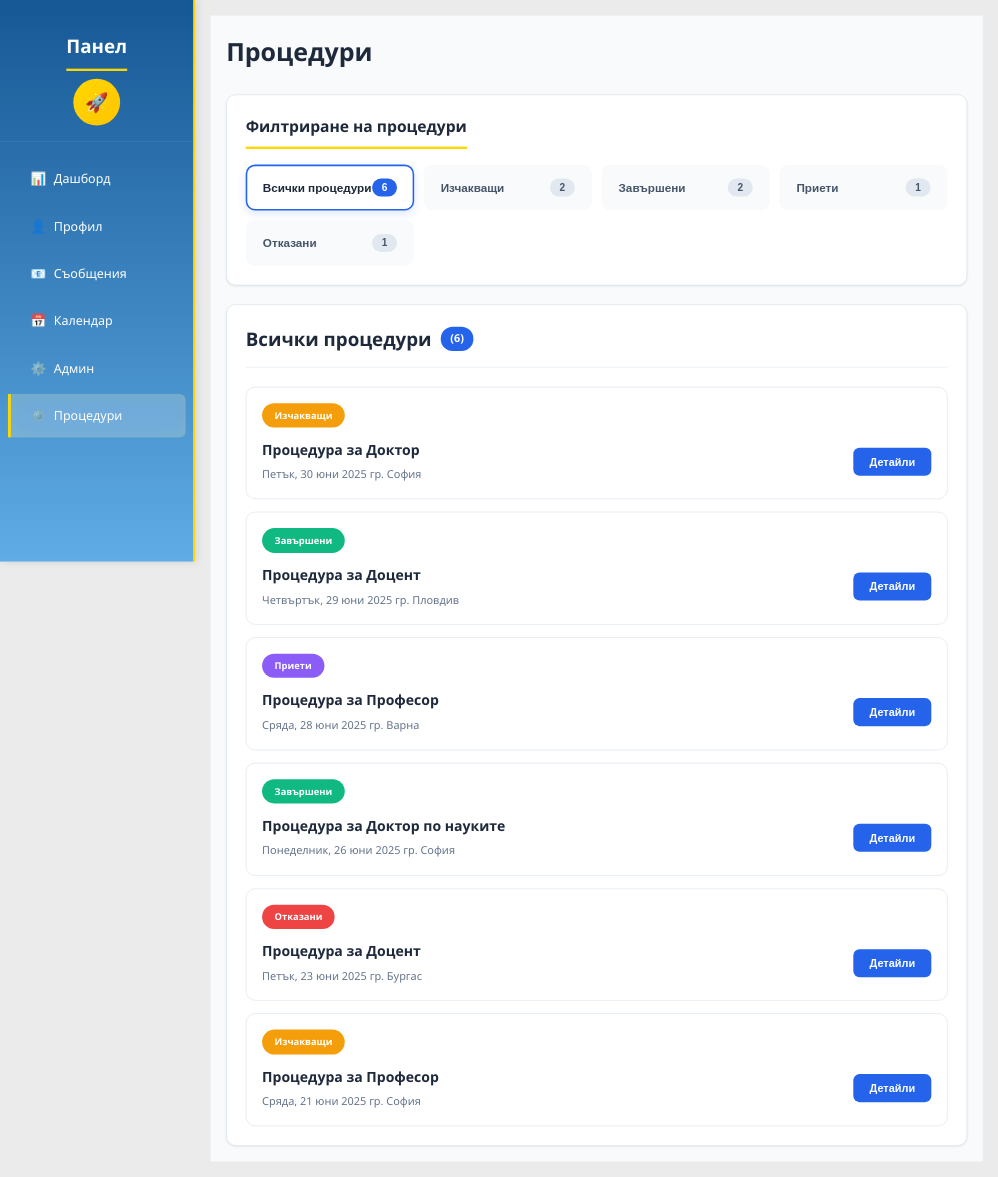
Repository: BorisSavianov/doxa-frontend
Page: /procedures
An editor plug-in stored every save of this project. The page is shown before and after the next save, followed by the edit.
The browser window is 1280 px wide. The pictures show the whole page, at 78% of full size.
The project was rebuilt for these pictures with package versions that can differ from the ones it lists, and the page was loaded fresh each time. Also part of the build but not shown: vite.config.js, src/components/Layout/Header.jsx, src/pages/Dashboard.jsx, src/pages/Profile.css, src/pages/Profile.jsx, src/pages/Inbox.jsx, src/pages/Calendar.css, src/pages/Calendar.jsx and 1 more.

Above is the page before, as saved 2025-10-24 14:41:34.

### index.html
<!doctype html>
<html lang="en">
  <head>
    <meta charset="UTF-8" />
    <link rel="icon" type="image/svg+xml" href="/vite.svg" />
    <meta name="viewport" content="width=device-width, initial-scale=1.0" />
    <title>vtu</title>
  </head>
  <body>
    <div id="root"></div>
    <script type="module" src="/src/main.jsx"></script>
  </body>
</html>

### src/main.jsx
import React from 'react'
import ReactDOM from 'react-dom/client'
import { createBrowserRouter, RouterProvider } from 'react-router-dom'
import { ThemeProvider } from './contexts/ThemeContext'
import { LanguageProvider } from './contexts/LanguageContext'
import Layout from './components/Layout/Layout'
import Dashboard from './pages/Dashboard'
import Profile from './pages/Profile'
import Inbox from './pages/Inbox'
import Calendar from './pages/Calendar'
import Admin from './pages/Admin'
import './index.css'
import Procedures from './pages/Procedures'

const router = createBrowserRouter([
  {
    path: "/",
    element: <Layout />,
    children: [
      {
        index: true,
        element: <Dashboard />,
      },
      {
        path: "dashboard",
        element: <Dashboard />,
      },
      {
        path: "profile",
        element: <Profile />,
      },
      {
        path: "inbox",
        element: <Inbox />,
      },
      {
        path: "calendar",
        element: <Calendar />,
      },
      {
        path: "admin",
        element: <Admin />,
      },
       {
        path: "procedures",
        element: <Procedures />,
      },
    ],
  },
], {
  future: {
    v7_startTransition: true,
    v7_relativeSplatPath: true,
  },
});

function App() {
  return (
    <ThemeProvider>
      <LanguageProvider>
        <RouterProvider router={router} />
      </LanguageProvider>
    </ThemeProvider>
  )
}

ReactDOM.createRoot(document.getElementById('root')).render(
  <React.StrictMode>
    <App />
  </React.StrictMode>,
)

### src/contexts/LanguageContext.jsx
import React, { createContext, useContext, useState } from 'react'
import { useLocalStorage } from '../hooks/useLocalStorage'

const LanguageContext = createContext()

export const useLanguage = () => {
  const context = useContext(LanguageContext)
  if (!context) {
    throw new Error('useLanguage must be used within a LanguageProvider')
  }
  return context
}

export const LanguageProvider = ({ children }) => {
  const [isEnglish, setIsEnglish] = useLocalStorage('language', false)

  const toggleLanguage = () => {
    setIsEnglish(prev => !prev)
  }

  const t = (bg, en) => {
    return isEnglish ? en : bg
  }

  const value = {
    isEnglish,
    toggleLanguage,
    t
  }

  return (
    <LanguageContext.Provider value={value}>
      {children}
    </LanguageContext.Provider>
  )
}

// В LanguageContext.jsx, добави следния код в t функцията или създай нова:
const calendarLocales = {
  bg: {
    buttonText: {
      today: 'Днес',
      month: 'Месец',
      week: 'Седмица',
      day: 'Ден',
      list: 'Списък'
    },
    allDayText: 'Цял ден',
    noEventsText: 'Няма събития'
  },
  en: {
    buttonText: {
      today: 'Today',
      month: 'Month',
      week: 'Week',
      day: 'Day',
      list: 'List'
    },
    allDayText: 'All day',
    noEventsText: 'No events'
  }
}

// Актуализирай t функцията или добави нова:
const getCalendarLocale = () => {
  return isEnglish ? calendarLocales.en : calendarLocales.bg
}

### src/components/Layout/Layout.jsx
import React from 'react'
import { Outlet } from 'react-router-dom'
import { useTheme } from '../../contexts/ThemeContext'
import Header from './Header'
import Sidebar from './Sidebar'
import '../../styles/globals.css'

const Layout = () => {
  const { isDark } = useTheme()

  return (
    <div className={`app ${isDark ? 'dark' : 'light'}`}>
      <Sidebar />
      <div className="main-content">

        <Outlet />
      </div>
    </div>
  )
}

export default Layout

### src/index.css
:root {
  font-family: Inter, system-ui, Avenir, Helvetica, Arial, sans-serif;
  line-height: 1.5;
  font-weight: 400;
}

body {
  margin: 0;
  display: flex;
  place-items: center;
  min-width: 320px;
  min-height: 100vh;
}

#root {
  width: 100%;
  margin: 0 auto;
}

### src/pages/Procedures.jsx
import React, { useState } from 'react';
import { Link } from 'react-router-dom';
import '../styles/procedures.css';

const Procedures = () => {
  const [selectedCategory, setSelectedCategory] = useState('всички');

  const proceduresData = {
    'всички': [
      {
        title: 'Процедура за Доктор',
        date: 'Петък, 30 юни 2025 гр. София',
        category: 'изчакващи',
        status: 'pending'
      },
      {
        title: 'Процедура за Доцент',
        date: 'Четвъртък, 29 юни 2025 гр. Пловдив',
        category: 'завършени',
        status: 'completed'
      },
      {
        title: 'Процедура за Професор',
        date: 'Сряда, 28 юни 2025 гр. Варна',
        category: 'приети',
        status: 'accepted'
      },
      {
        title: 'Процедура за Доктор по науките',
        date: 'Понеделник, 26 юни 2025 гр. София',
        category: 'завършени',
        status: 'completed'
      },
      {
        title: 'Процедура за Доцент',
        date: 'Петък, 23 юни 2025 гр. Бургас',
        category: 'отказани',
        status: 'rejected'
      },
      {
        title: 'Процедура за Професор',
        date: 'Сряда, 21 юни 2025 гр. София',
        category: 'изчакващи',
        status: 'pending'
      }
    ],
    'изчакващи': [
      {
        title: 'Процедура за Доктор',
        date: 'Петък, 30 юни 2025 гр. София',
        category: 'изчакващи',
        status: 'pending'
      },
      {
        title: 'Процедура за Професор',
        date: 'Сряда, 21 юни 2025 гр. София',
        category: 'изчакващи',
        status: 'pending'
      }
    ],
    'завършени': [
      {
        title: 'Процедура за Доцент',
        date: 'Четвъртък, 29 юни 2025 гр. Пловдив',
        category: 'завършени',
        status: 'completed'
      },
      {
        title: 'Процедура за Доктор по науките',
        date: 'Понеделник, 26 юни 2025 гр. София',
        category: 'завършени',
        status: 'completed'
      }
    ],
    'приети': [
      {
        title: 'Процедура за Професор',
        date: 'Сряда, 28 юни 2025 гр. Варна',
        category: 'приети',
        status: 'accepted'
      }
    ],
    'отказани': [
      {
        title: 'Процедура за Доцент',
        date: 'Петък, 23 юни 2025 гр. Бургас',
        category: 'отказани',
        status: 'rejected'
      }
    ]
  };

  const categories = [
    { value: 'всички', label: 'Всички процедури', count: 6 },
    { value: 'изчакващи', label: 'Изчакващи', count: 2 },
    { value: 'завършени', label: 'Завършени', count: 2 },
    { value: 'приети', label: 'Приети', count: 1 },
    { value: 'отказани', label: 'Отказани', count: 1 }
  ];

  const getProceduresToShow = () => {
    if (selectedCategory === 'всички') {
      return proceduresData['всички'];
    }
    return proceduresData[selectedCategory] || [];
  };

  const getCategoryColor = (category) => {
    const colors = {
      'изчакващи': '#f59e0b',
      'завършени': '#10b981',
      'приети': '#8b5cf6',
      'отказани': '#ef4444'
    };
    return colors[category] || '#6b7280';
  };

  const getStatusText = (status) => {
    const statusText = {
      'pending': 'Изчаква',
      'completed': 'Завършена',
      'accepted': 'Приета',
      'rejected': 'Отхвърлена'
    };
    return statusText[status] || 'Неизвестен';
  };

  return (
    <div className="procedures-page">
      <div className="page-header">

        <h1>Процедури</h1>
      </div>

      <div className="procedures-container">
        {/* Филтри */}
        <div className="procedures-filters">
          <h2>Филтриране на процедури</h2>
          <div className="filters-grid">
            {categories.map((category) => (
              <button
                key={category.value}
                className={`filter-btn ${selectedCategory === category.value ? 'active' : ''}`}
                onClick={() => setSelectedCategory(category.value)}
              >
                <span className="filter-label">{category.label}</span>
                <span className="filter-count">{category.count}</span>
              </button>
            ))}
          </div>
        </div>

        {/* Списък с процедури */}
        <div className="procedures-list-section">
          <div className="section-header">
            <h3>
              {selectedCategory === 'всички'
                ? 'Всички процедури'
                : categories.find(cat => cat.value === selectedCategory)?.label
              }
              <span className="procedures-count">({getProceduresToShow().length})</span>
            </h3>
          </div>

          <div className="procedures-list">
            {getProceduresToShow().map((procedure, index) => (
              <div key={index} className="procedure-card">
                <div className="procedure-header">
                  <div className="procedure-category">
                    <span
                      className="category-badge"
                      style={{ backgroundColor: getCategoryColor(procedure.category) }}
                    >
                      {procedure.category}
                    </span>
                  </div>
                </div>

                <div className="procedure-content">
                  <div className="procedure-info">
                    <div className="procedure-title">{procedure.title}</div>
                    <div className="procedure-date">{procedure.date}</div>
                  </div>
                  <div className="procedure-actions">
                    <button className="details-btn">Детайли</button>
                  </div>
                </div>
              </div>
            ))}
          </div>

          {getProceduresToShow().length === 0 && (
            <div className="no-procedures">
              <h3>Няма намерени процедури</h3>
              <p>Не са открити процедури за избрания филтър</p>
            </div>
          )}
        </div>
      </div>
    </div>
  );
};

export default Procedures;

### src/components/Layout/Sidebar.jsx
import React from 'react'
import { NavLink } from 'react-router-dom'
import { useLanguage } from '../../contexts/LanguageContext'

const Sidebar = () => {
  const { t } = useLanguage()

  const menuItems = [
    { path: '/dashboard', label: t('Дашборд', 'Dashboard'), icon: '📊' },
    { path: '/profile', label: t('Профил', 'Profile'), icon: '👤' },
    { path: '/inbox', label: t('Съобщения', 'Inbox'), icon: '📧' },
    { path: '/calendar', label: t('Календар', 'Calendar'), icon: '📅' },
    { path: '/admin', label: t('Админ', 'Admin'), icon: '⚙️' },
       { path: '/procedures', label: t('Процедури', 'Admin'), icon: '⚙️' }
  ]

  return (
    <aside className="sidebar">
      <div style={{ padding: '20px', textAlign: 'center', borderBottom: '1px solid rgba(255,255,255,0.1)' }}>
        <h2 style={{ color: 'white', fontSize: '1.5rem', marginBottom: '10px' }}>
          {t('Панел', 'Panel')}
        </h2>
        <div style={{
          width: '60px',
          height: '60px',
          background: 'linear-gradient(135deg, var(--accent), #FFC400)',
          borderRadius: '50%',
          margin: '0 auto',
          display: 'flex',
          alignItems: 'center',
          justifyContent: 'center',
          fontSize: '1.5rem'
        }}>
          🚀
        </div>
      </div>

      <nav style={{ marginTop: '20px' }}>
        <ul>
          {menuItems.map((item) => (
            <li key={item.path}>
              <NavLink
                to={item.path}
                className={({ isActive }) => isActive ? 'active' : ''}
              >
                <span style={{ marginRight: '10px' }}>{item.icon}</span>
                {item.label}
              </NavLink>
            </li>
          ))}
        </ul>
      </nav>
    </aside>
  )
}

export default Sidebar

### src/styles/dashboard.css
.dashboard {
    padding: 20px;
    min-height: 100vh;
    position: relative;
}

.dashboard-header {
    position: absolute;
    top: 0;
    left: 0;
    right: 0;
    height: 4px;
    background: #2563eb;
    background: linear-gradient(90deg, #2563eb 0%, #3b82f6 50%, #2563eb 100%);
}

.dashboard h2 {
    color: #2d3748;
    margin-bottom: 24px;
    font-size: 28px;
    font-weight: 600;
    margin-top: 10px;
}

.card {
    background: white;
    border-radius: 12px;
    padding: 24px;
    box-shadow: 0 4px 6px rgba(0, 0, 0, 0.05);
    border: 1px solid #e2e8f0;
    position: relative;
    overflow: hidden;
}

.card h2 {
    color: #2d3748;
    margin-bottom: 20px;
    font-size: 20px;
    font-weight: 600;
    border-bottom: 2px solid #e2e8f0;
    padding-bottom: 12px;
}

/* Процедури стилове - цяла ширина */
.procedures-card.full-width {
    grid-column: 1 / -1;
    margin-bottom: 24px;
}

.procedures-grid {
    display: grid;
    grid-template-columns: 1fr 1fr;
    gap: 40px;
}

.procedures-column {
    display: flex;
    flex-direction: column;
    justify-content: space-evenly;
    gap: 24px;
}

.procedure-section:nth-child(even) {
    flex: 1;
    display: flex;
    flex-direction: column;
    justify-content: flex-end;
}

.procedure-section h3 {
    font-size: 14px;
    color: #718096;
    margin-bottom: 8px;
    font-weight: 500;
}

.procedure-item {
    padding: 16px;
    border-radius: 8px;
    border: 1px solid #e2e8f0;
    transition: all 0.2s ease;
    background: white;
}

.procedure-item.waiting {
    padding: 12px 16px;
}

.procedure-content {
    display: flex;
    justify-content: space-between;
    align-items: flex-start;
    gap: 12px;
}

.procedure-info {
    flex: 1;
}

.procedure-title {
    font-weight: 600;
    color: #2d3748;
    margin-bottom: 4px;
}

.procedure-date {
    font-size: 14px;
    color: #718096;
}

.procedure-item:hover {
    background-color: #f7fafc;
    box-shadow: 0 2px 4px rgba(0, 0, 0, 0.1);
}

.procedure-list {
    display: flex;
    flex-direction: column;
    gap: 12px;
}

/* Бутон за детайли */
.details-btn {
    background: #2563eb;
    color: white;
    border: none;
    padding: 8px 16px;
    border-radius: 6px;
    font-size: 14px;
    font-weight: 500;
    cursor: pointer;
    transition: all 0.2s ease;
    white-space: nowrap;
    min-width: 80px;
}

.details-btn:hover {
    background: #1d4ed8;
    box-shadow: 0 2px 4px rgba(37, 99, 235, 0.3);
}

.details-btn:active {
    transform: translateY(0);
}

/* Долни секции */
.bottom-sections {
    display: grid;
    grid-template-columns: 1fr;
    gap: 24px;
}

/* Аналитики стилове - подобрени */
.analytics-card.full-width {
    grid-column: 1 / -1;
}

.analytics-content {
    padding: 10px 0;
}

.analytics-main {
    text-align: center;
    margin-bottom: 20px;
    padding: 20px;
    background: linear-gradient(135deg, #2563eb 0%, #3b82f6 100%);
    border-radius: 12px;
    color: white;
}

.month {
    font-size: 28px;
    font-weight: 700;
    margin-bottom: 8px;
}

.trend {
    font-size: 16px;
    font-weight: 600;
    padding: 8px 16px;
    border-radius: 20px;
    display: inline-block;
}

.trend.positive {
    background: rgba(255, 255, 255, 0.2);
    border: 1px solid rgba(255, 255, 255, 0.3);
}

.analytics-stats {
    display: grid;
    grid-template-columns: repeat(5, 1fr);
    gap: 15px;
    margin-top: 15px;
}

.stat-item {
    text-align: center;
    padding: 20px 15px;
    background: #f8fafc;
    border-radius: 12px;
    border: 1px solid #e2e8f0;
    transition: all 0.3s ease;
}

.stat-item:hover {
    /* transform: translateY(-2px); */
    box-shadow: 0 4px 12px rgba(0, 0, 0, 0.1);
}

.stat-value {
    font-size: 32px;
    font-weight: 700;
    color: #2563eb;
    margin-bottom: 8px;
}

.stat-value.accepted {
    color: #10b981;
}

.stat-value.rejected {
    color: #ef4444;
}

.stat-label {
    font-size: 14px;
    color: #64748b;
    font-weight: 500;
}

/* Календар стилове */
.calendar-placeholder {
    height: 200px;
    display: flex;
    align-items: center;
    justify-content: center;
    background: #f7fafc;
    border-radius: 8px;
    border: 2px dashed #e2e8f0;
}

.calendar-placeholder p {
    color: #a0aec0;
    font-size: 16px;
}

/* Responsive дизайн */
@media (max-width: 1024px) {
    .procedures-grid {
        gap: 30px;
    }

    .analytics-stats {
        grid-template-columns: repeat(3, 1fr);
    }
}

@media (max-width: 768px) {
    .dashboard {
        padding: 16px;
    }

    .card {
        padding: 20px;
    }

    .procedures-grid {
        grid-template-columns: 1fr;
        gap: 20px;
    }

    .bottom-sections {
        grid-template-columns: 1fr;
    }

    .procedures-card.full-width {
        margin-bottom: 20px;
    }

    .procedure-content {
        flex-direction: column;
        gap: 8px;
    }

    .details-btn {
        align-self: flex-end;
        min-width: 70px;
        padding: 6px 12px;
        font-size: 13px;
    }

    .analytics-stats {
        grid-template-columns: repeat(2, 1fr);
    }

    .stat-value {
        font-size: 28px;
    }
}

@media (max-width: 480px) {
    .month {
        font-size: 20px;
    }

    .dashboard h2 {
        font-size: 24px;
    }

    .analytics-stats {
        grid-template-columns: 1fr;
    }

    .stat-value {
        font-size: 24px;
    }

    .stat-item {
        padding: 15px 10px;
    }
}

Loaded but not shown: src/contexts/ThemeContext.js (31 lines, source omitted); src/hooks/useLocalStorage.js (24 lines, source omitted); src/pages/Inbox.css (598 lines, source omitted); src/styles/globals.css (337 lines, source omitted); src/styles/procedures.css (365 lines, source omitted)

After the next save:
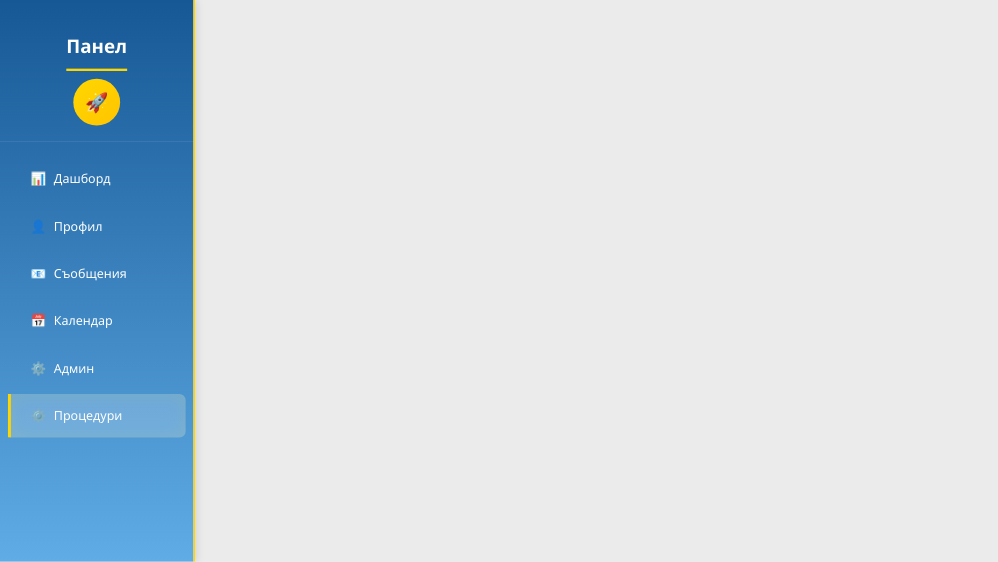
Saved 10 s later.
--- a/src/components/Layout/Layout.jsx
+++ b/src/components/Layout/Layout.jsx
@@ -13,7 +13,7 @@
       <Sidebar />
       <div className="main-content">
 
-        <Outlet />
+
       </div>
     </div>
   )

After the save that followed:
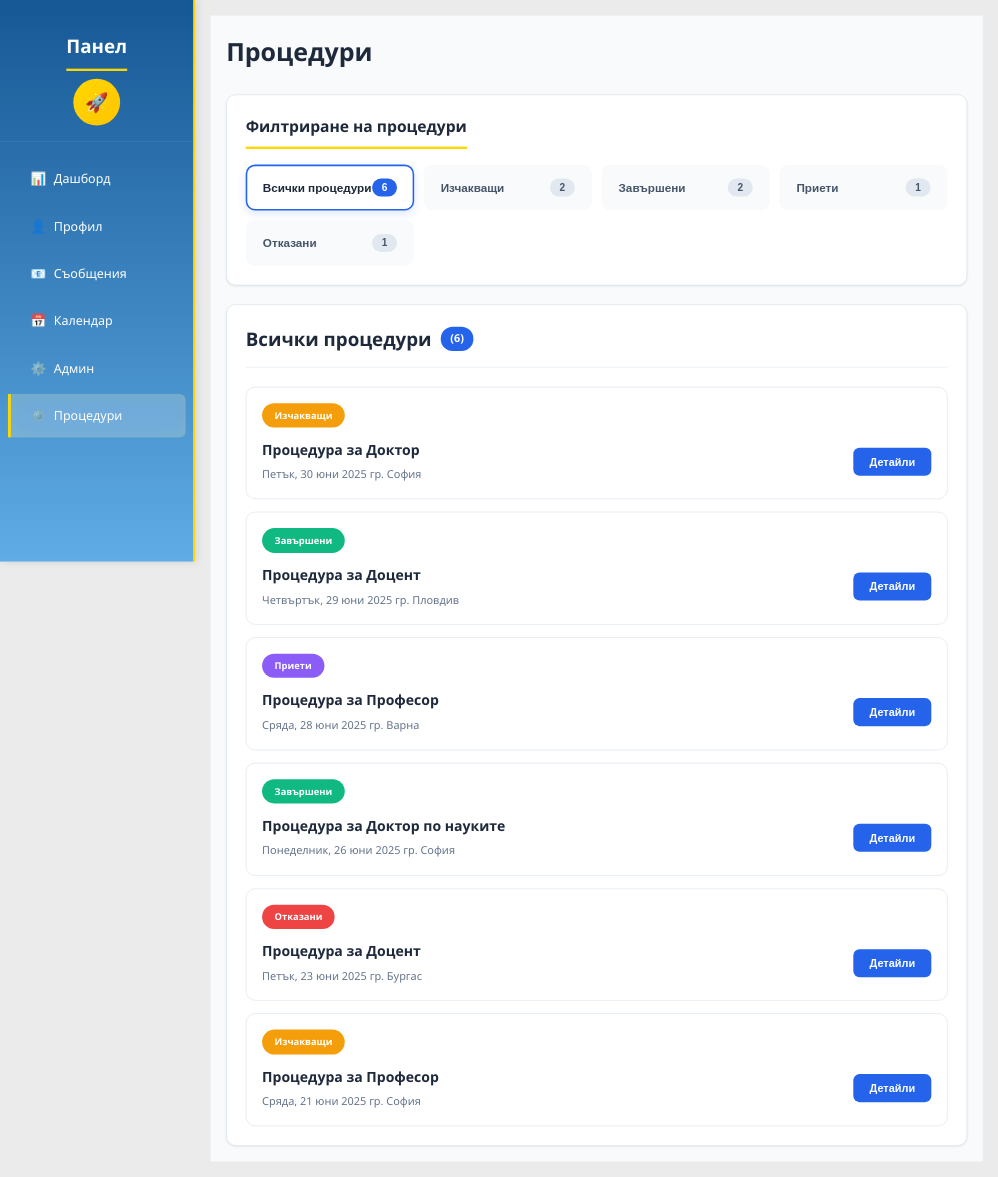
Saved 10 s later.
--- a/src/components/Layout/Layout.jsx
+++ b/src/components/Layout/Layout.jsx
@@ -13,7 +13,7 @@
       <Sidebar />
       <div className="main-content">
 
-
+        <Outlet />
       </div>
     </div>
   )
